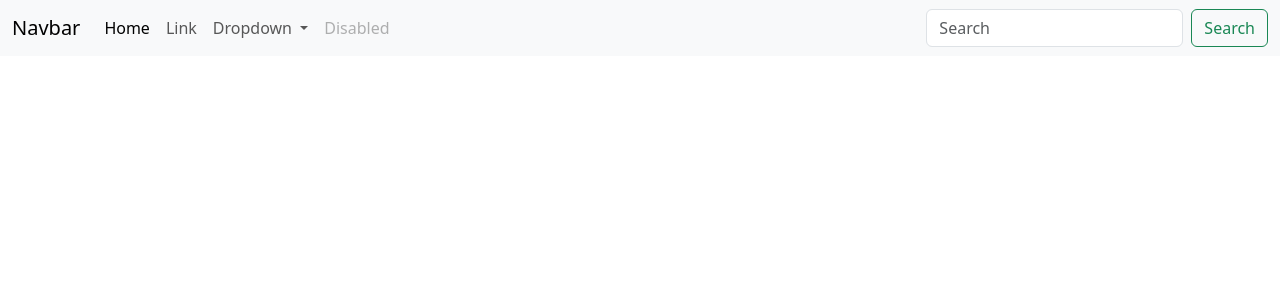
Repository: VictoriousMango/Archive
Page: index.html
These files come from the project's save history. The page is drawn as it stood at one moment and after the next save; the edit follows.
The browser window is 1280 px wide. The pictures show the whole page.

Above is the page before, as saved 2024-06-05 22:17:57.

After the next save:
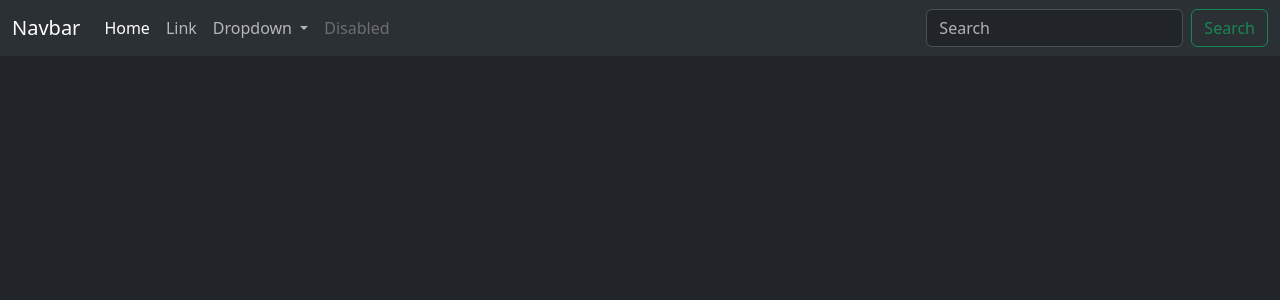
Saved 4 min 26 s later.
--- a/index.html
+++ b/index.html
@@ -6,7 +6,7 @@
         <title>Bootstrap demo</title>
         <link href="https://cdn.jsdelivr.net/npm/bootstrap@5.3.3/dist/css/bootstrap.min.css" rel="stylesheet" integrity="sha384-QWTKZyjpPEjISv5WaRU9OFeRpok6YctnYmDr5pNlyT2bRjXh0JMhjY6hW+ALEwIH" crossorigin="anonymous">
     </head>
-    <body>
+    <body data-bs-theme="dark">
         <!-- NavBar -->
         <nav class="navbar navbar-expand-lg bg-body-tertiary">
             <div class="container-fluid">
